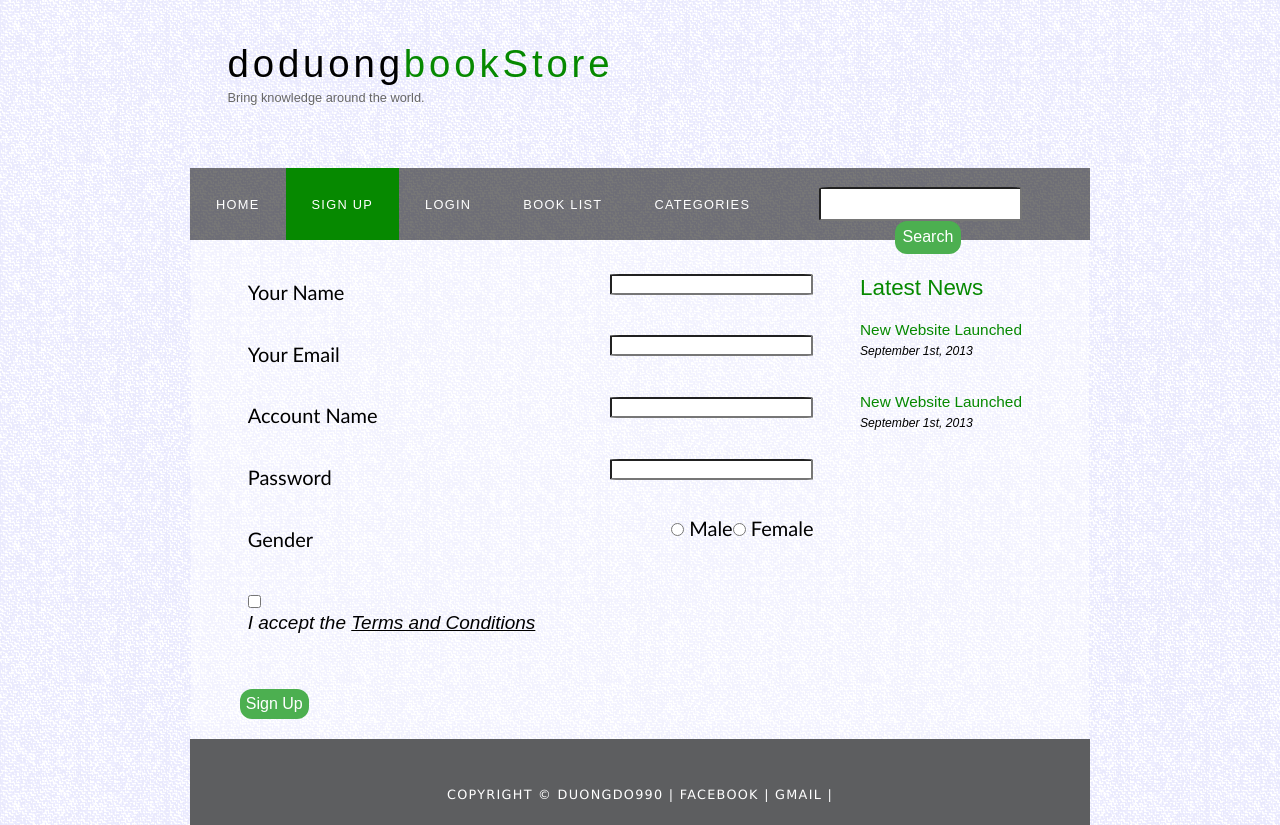
Repository: ngttuyen/JavaWeb
Page: http://localhost/MyWebsite/signup.jsp
An editor plug-in stored every save of this project. The page is shown before and after a run of saves, followed by the edit.
The browser window is 1280 px wide. The pictures show the whole page.
The page is served by Tomcat 9.

Above is the page before, as saved 2019-06-01 12:58:40.

After the next 2 saves:
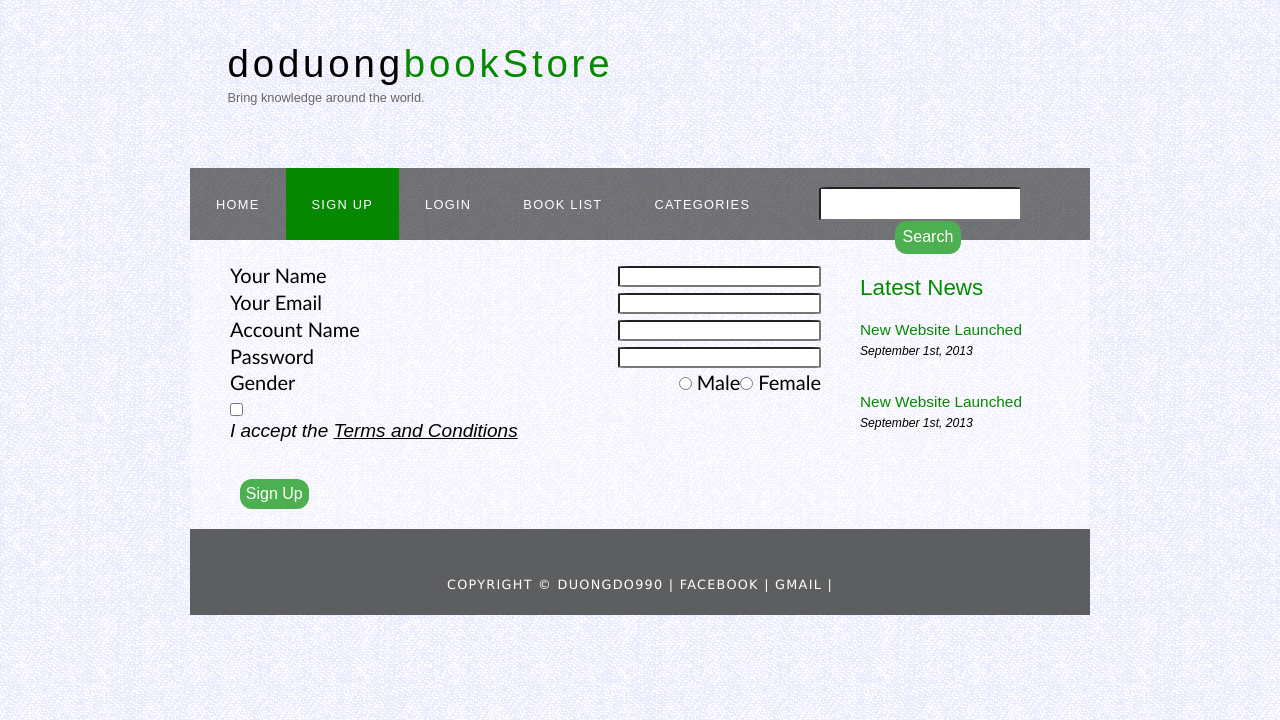
The 2 saves are shown as one change because they came seconds apart.
The last was saved 21 s later.
--- a/MyWebsite/WebContent/styles/style.css
+++ b/MyWebsite/WebContent/styles/style.css
@@ -261,8 +261,6 @@
 	height: 100%;
 	font-size: 20px;
 	color: black;
-	text-align: left;
 }
 td{
-	padding: 3% 3% 3% 3%;
-}
+}

After the 2 saves that followed:
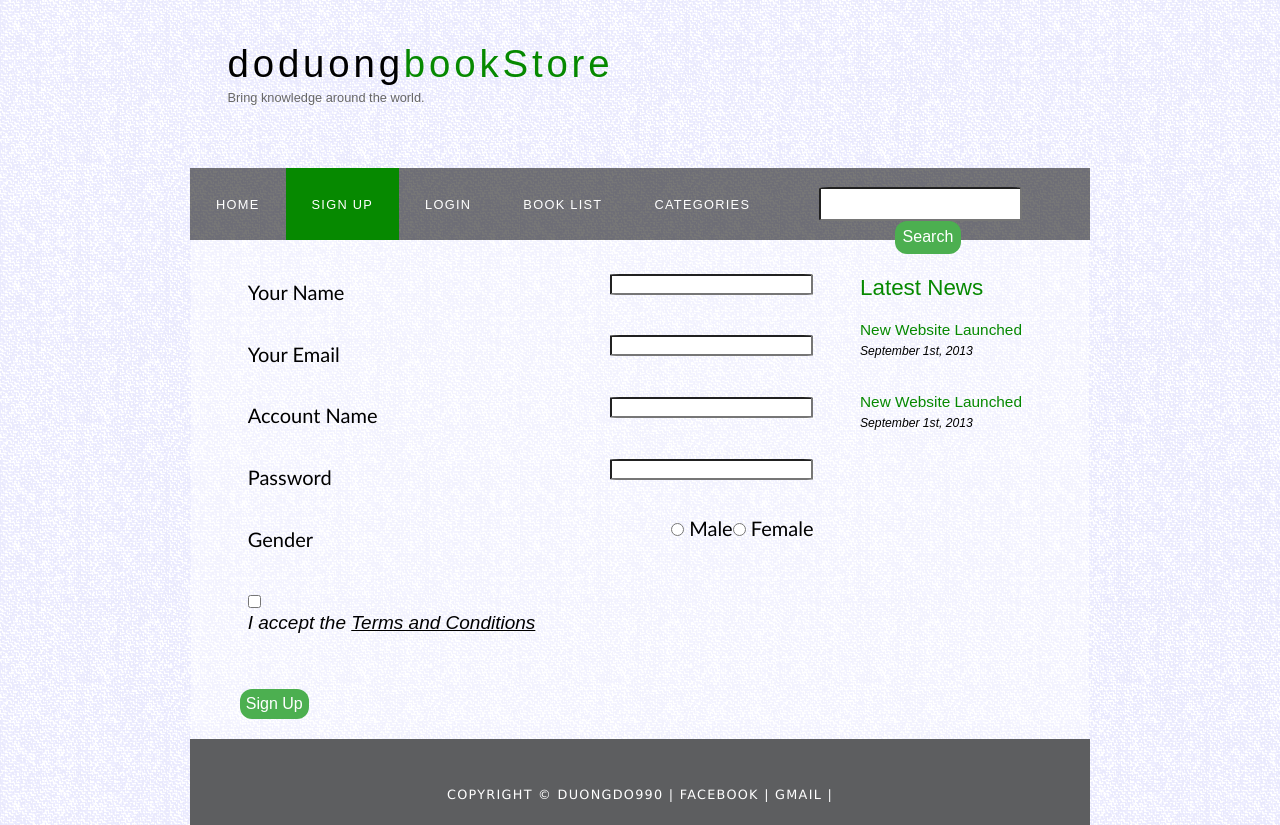
The 2 saves are shown as one change because 1 left the picture as it was.
The last was saved 15 s later.
--- a/MyWebsite/WebContent/styles/style.css
+++ b/MyWebsite/WebContent/styles/style.css
@@ -263,4 +263,5 @@
 	color: black;
 }
 td{
-}
+	padding: 3% 3% 3% 3%;
+}
